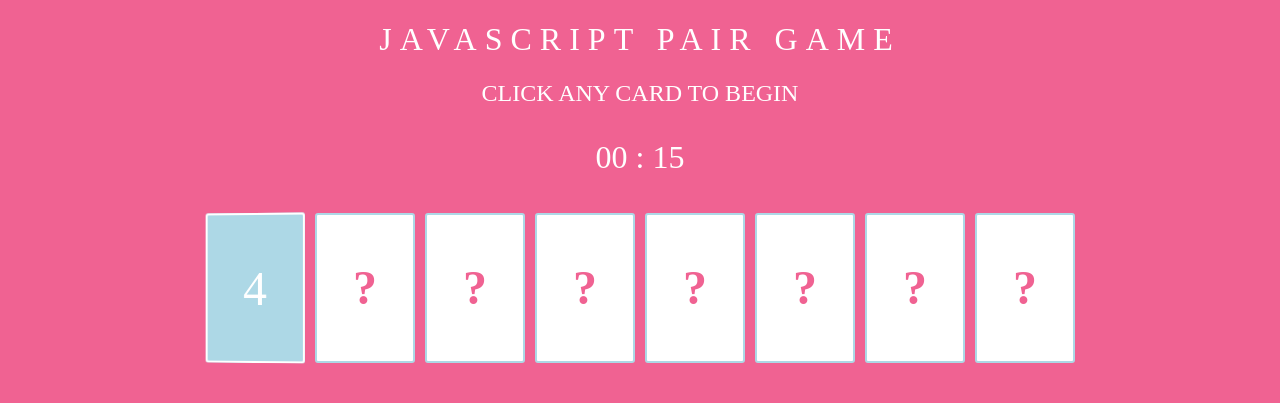
Repository: EEOOOO/javascript-projects
Page: pairGameApp/index.html
The author's editor kept a copy of each file at every save. The page is drawn from the files as they stood at one save, then again after the next save.
The browser window is 1280 px wide. The pictures show the whole page.
After loading, the first visible `div.card` was clicked once.

Above is the page before, as saved 2022-07-26 18:29:08.

### pairGameApp/index.html
<!DOCTYPE html>
<html lang="en">
<head>
    <meta charset="UTF-8">
    <meta http-equiv="X-UA-Compatible" content="IE=edge">
    <meta name="viewport" content="width=device-width, initial-scale=1.0">
    <link rel="stylesheet" href="style.css">
    <script defer src="pairGame.js"></script>
    <title>pairGame</title>
</head>
<body>
    <h1>Javascript Pair Game</h1>
    <h2>Click any card to begin</h2>
    <p class="time">
        <span class="sec">00</span>
        <span>:</span>
        <span class="milisec">00</span>
    </p>
    <div class="container">

    </div>
</body>
</html>

### pairGameApp/style.css
* {
  box-sizing: border-box;
}
body {
  background-color: #f06292;
  color: white;
  text-align: center;
}
h1 {
  font-weight: 300;
  letter-spacing: 0.5rem;
  text-transform: uppercase;
}
h2 {
  font-weight: 400;
  text-transform: uppercase;
}
.time {
  font-size: 2rem;
}
.container {
  margin: auto;
  text-align: center;
  display: flex;
  justify-content: center;
  align-items: center;
}
.card {
  width: 100px;
  height: 150px;
  perspective: 1000px;
  margin: 5px;
}
.card-inner {
  position: relative;
  width: 100%;
  height: 100%;
  text-align: center;
  transition: transform 2s;
  transform-style: preserve-3d;
}
.card-front {
  width: 100%;
  height: 100%;
  //backface-visibility: hidden;
  position: absolute;
  background-color: white;
  border-radius: 3px;
  border: 2px solid lightblue;
  cursor: pointer;
  display: flex;
  justify-content: center;
  align-items: center;
  //transform: rotateY(180deg);
}
.card-front span {
  color: #f06292;
  font-weight: 800;
  font-size: 3rem;
}
.card-back {
  position: absolute;
  width: 100%;
  height: 100%;
  backface-visibility: hidden;
  top: 0;
  left: 0;
  background-color: lightblue;
  border-radius: 3px;
  border: 2px solid white;
  cursor: pointer;
  display: flex;
  justify-content: center;
  align-items: center;
  transform: rotateY(180deg);
}
.card-back span {
  color: "#00796b";
  font-size: 3rem;
}
.flipped {
  transform-style: preserve-3d;
  transform: rotateY(180deg);
}

### pairGameApp/pairGame.js
let h1 = document.querySelector('h1');
let h2 = document.querySelector('h2');
let time = document.querySelector('.time');
let sec = document.querySelector('.sec');
let milisec = document.querySelector('.milisec');
let container = document.querySelector('.container');

let cards = ['1','2','3','4','1','2','3','4']
let counter = 0;
cards = shuffle(cards);
function shuffle(array) {
    let currentIndex = array.length,  randomIndex;

    // While there remain elements to shuffle.
    while (currentIndex != 0) {

      // Pick a remaining element.
      randomIndex = Math.floor(Math.random() * currentIndex);
      currentIndex--;

      // And swap it with the current element.
      [array[currentIndex], array[randomIndex]] = [
        array[randomIndex], array[currentIndex]];
    }

    return array;
  }

for (card of cards){
    let cardBox = document.createElement('div');
    cardBox.setAttribute('class','card');

    let cardInner = document.createElement('div');
    cardInner.setAttribute('class','card-inner');
    let cardFront = document.createElement('div');
    cardFront.setAttribute('class','card-front');
    let cardFrontSpan = document.createElement('span');
    cardFrontSpan.textContent = '?';
    cardFront.append(cardFrontSpan);

    let cardBack = document.createElement('div');
    let cardBackSpan = document.createElement('span');
    cardBack.setAttribute('class','card-back');
    cardBackSpan.textContent = card;
    cardBack.append(cardBackSpan);


    cardInner.append(cardFront);
    cardInner.append(cardBack);
    cardBox.append(cardInner);
    container.append(cardBox);

    cardBox.addEventListener('click', () => {
        cardInner.classList.add('flipped');
        counter++;
        console.dir(cardBack);
        startTimer();
        win();
    })
}
let timer;
function startTimer(){
  if (timer){
      clearInterval(timer);
  }
  timer = setInterval(updateTimer, 100);
};
let win = function(){
  console.log('checked');
  console.log(counter);
  if (counter == 8){
    clearInterval(timer);
    time.html = "";
    finishTime = sec.textContent + 'sec ' + milisec.textContent + 'mili sec'
    time.textContent = `${finishTime}이 걸려 성공했습니다.✨`;
  }
}
function updateTimer(){
  changedMiliSec = +milisec.textContent + 1
  if (changedMiliSec < 10) {
      changedMiliSec= paddingZero(changedMiliSec);
  }
  else if ( 59 <= changedMiliSec ) {
      changedMiliSec = '00'
      changedSec = +sec.textContent + 1
      if (changedSec < 10) {
          changedSec = paddingZero(changedSec);
      }
      sec.textContent = changedSec;
  }
  milisec.textContent = changedMiliSec;


}
function paddingZero(timeContent) {
  return '0'+ timeContent
}
function checkWin(){

}

After the next save:
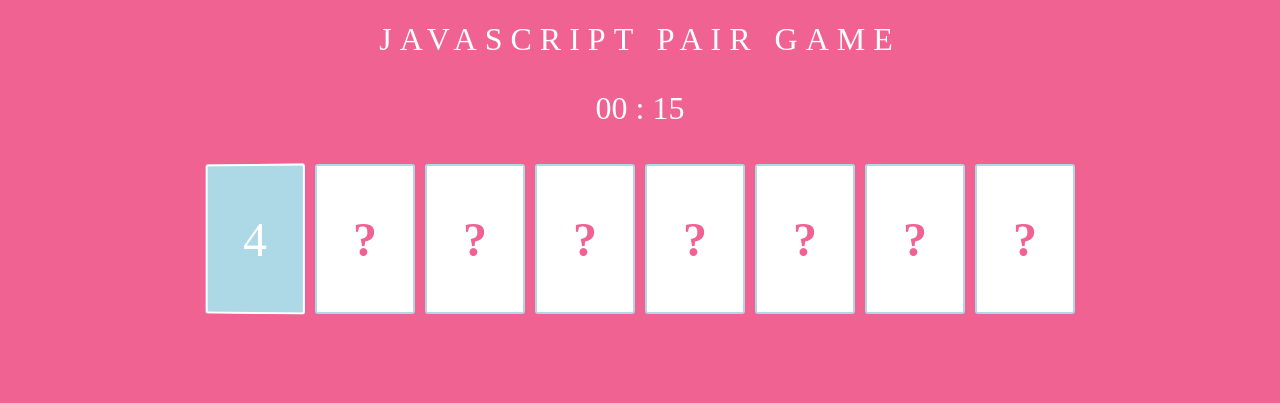
Saved 81 s later.
--- a/pairGameApp/pairGame.js
+++ b/pairGameApp/pairGame.js
@@ -51,6 +51,8 @@ for (card of cards){
     container.append(cardBox);
 
     cardBox.addEventListener('click', () => {
+
+    h2.textContent = "";
         cardInner.classList.add('flipped');
         counter++;
         console.dir(cardBack);
